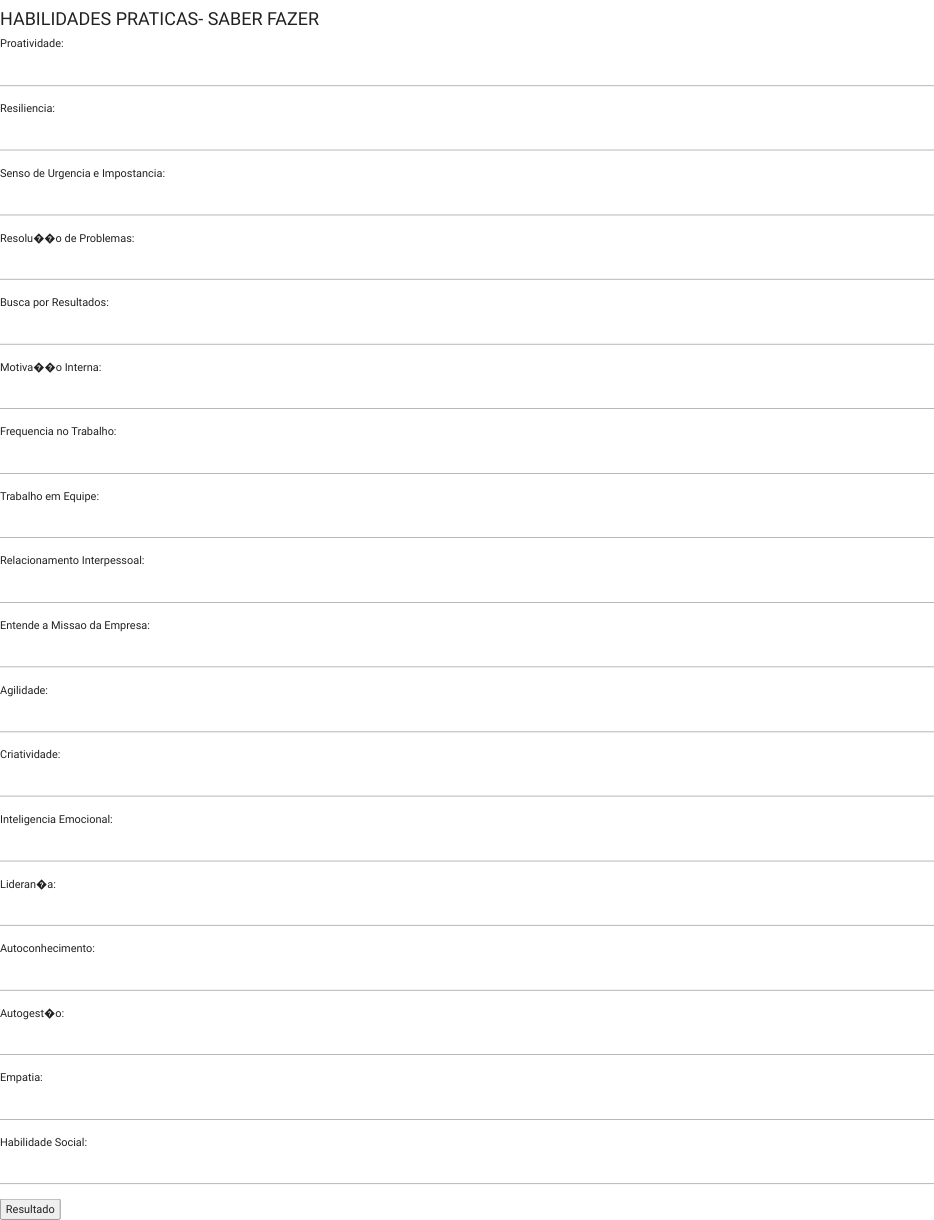
Repository: cspreng/Questionario
Page: http://localhost/cadastro/atitude
These files come from the project's save history. The page is drawn as it stood at one moment and after the next save; the edit follows.
The browser window is 1280 px wide. The pictures show the whole page, at 73% of full size.
The page is this project's Thymeleaf template; nobody is signed in. The template is opened directly, without the code that normally fills it, so the values that code supplies are empty.

Above is the page before, as saved 2021-07-27 03:00:07.
Console error: ReferenceError: $ is not defined

### questionario/src/main/resources/templates/cadastro/atitude.html
<!DOCTYPE html>
<html xmlns:th="http://thymeleaf.org"
	  xmlns:layout="http://www.ultraq.net.nz/thymeleaf/layout">

<head>
	<title>INDICADORES COMPOSTAMENTAIS</title>
	<!--Import Google Icon Font-->
      <link href="https://fonts.googleapis.com/icon?family=Material+Icons" rel="stylesheet">
      <!--Import materialize.css-->
      <link type="text/css" rel="stylesheet" href="materialize/css/materialize.min.css"  media="screen,projection"/>

      <!--Let browser know website is optimized for mobile-->
      <meta name="viewport" content="width=device-width, initial-scale=1.0"/>
<body>

	<h5>HABILIDADES PRATICAS- SABER FAZER</h5>
	<form method="post">
		Proatividade: <input type="text" value= "" name="proatividade"/>
	Resiliencia: <input type="text" value= "" name="resiliencia"/>
		Senso de Urgencia e Impostancia: <input type="text" value= "" name="urgencia"/>
		Resolução de Problemas: <input type="text" value= "" name="problema"/>
		Busca por Resultados: <input type="text" value= "" name="resultados"/>
		Motivação Interna: <input type="text" value= "" name="motivacao"/>
		Frequencia no Trabalho: <input type="text" value= "" name="frequencia"/>
	Trabalho em Equipe: <input type="text" value= "" name="equipe"/>
		Relacionamento Interpessoal: <input type="text" value= "" name="interpessoal"/>
		Entende a Missao da Empresa: <input type="text" value= "" name="missao"/>
		Agilidade: <input type="text" value= "" name="agilidade"/>
		Criatividade: <input type="text" value= "" name="criatividade"/>
		Inteligencia Emocional: <input type="text" value= "" name="inteligencia"/>
	Liderança: <input type="text" value= "" name="lideranca"/>
		Autoconhecimento: <input type="text" value= "" name="autoconhecimento"/>
		Autogestão: <input type="text" value= "" name="autogestao"/>
		Empatia: <input type="text" value= "" name="empatia"/>
		Habilidade Social: <input type="text" value= "" name="social"/>


		<button type="submit">Resultado</button>


	</form>


	<script type="text/javascript" src="materialize/js/materialize.min.js"></script>

</body>

</head>


</html>

Loaded but not shown: questionario/src/main/resources/static/materialize/css/materialize.min.css (library); questionario/src/main/resources/static/materialize/js/materialize.min.js (library)

After the next save:
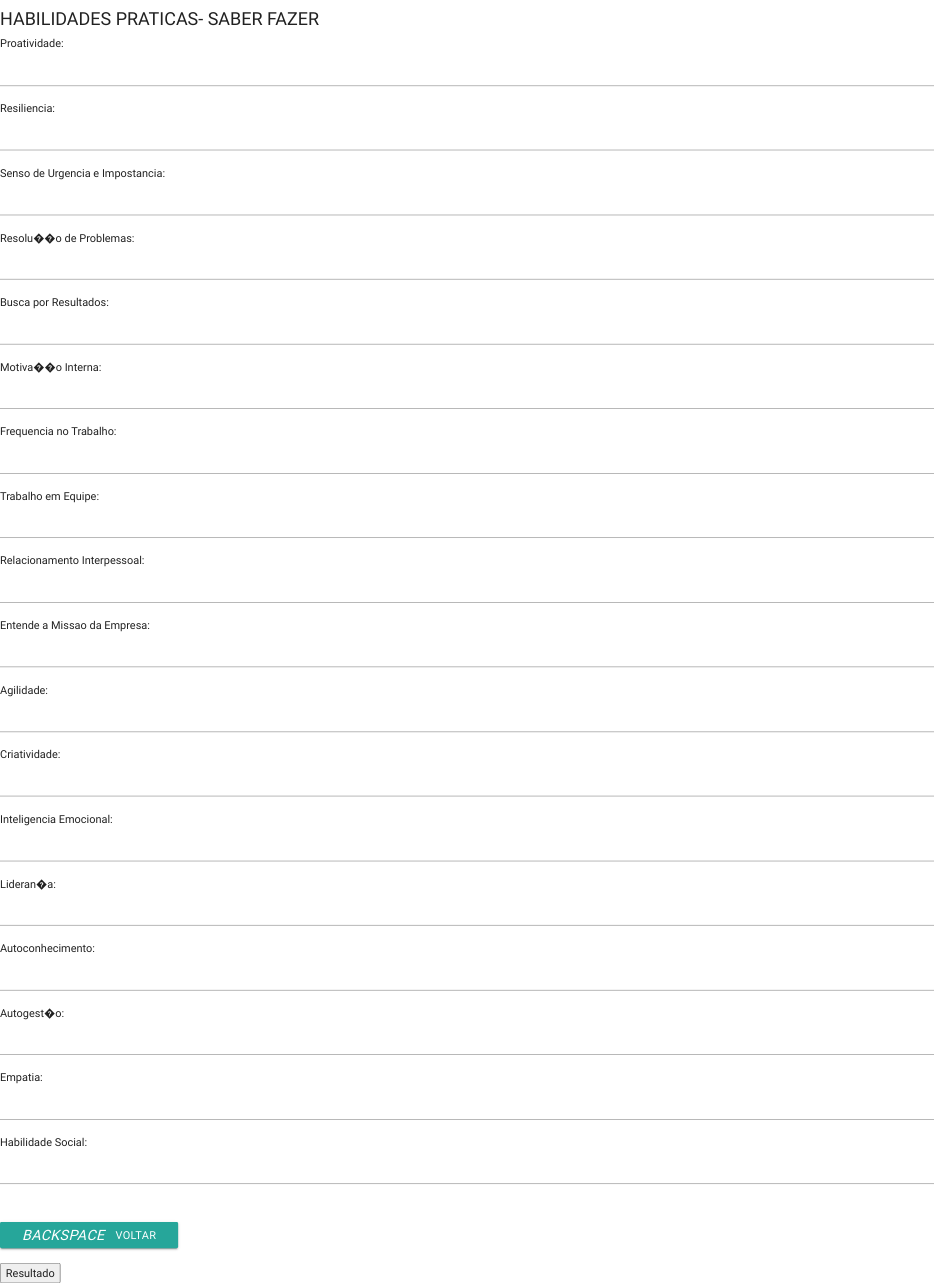
Saved 13 min 38 s later.
--- a/questionario/src/main/resources/templates/cadastro/atitude.html
+++ b/questionario/src/main/resources/templates/cadastro/atitude.html
@@ -34,7 +34,7 @@
 		Empatia: <input type="text" value= "" name="empatia"/>
 		Habilidade Social: <input type="text" value= "" name="social"/>
 
-
+		<h3><a href= "/habilidades" class="waves-effect waves-light btn"><i class="material-icons left">backspace</i>Voltar</a></h3>
 		<button type="submit">Resultado</button>
 
 
